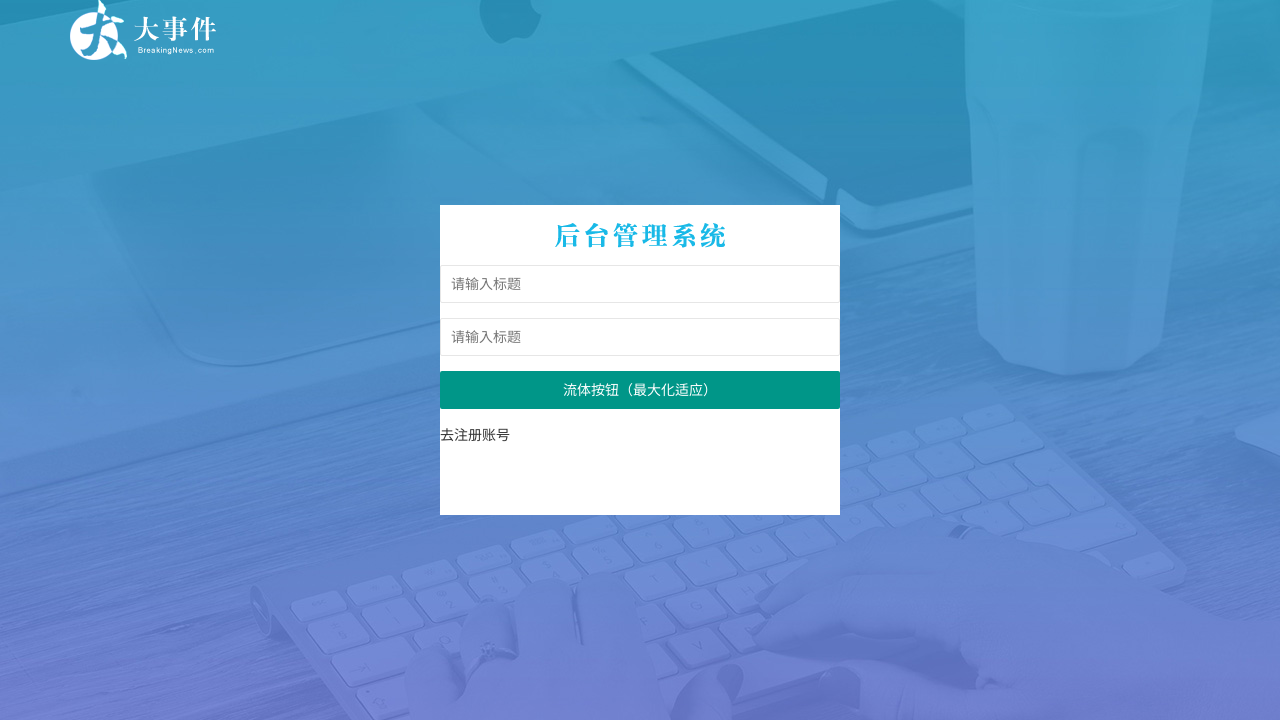
Repository: keyboying1/web_bigevent
Page: login.html
The author's editor kept a copy of each file at every save. The page is drawn from the files as they stood at one save, then again after the next save.
The browser window is 1280 px wide. The pictures show the whole page.

Above is the page before, as saved 2022-11-18 15:31:40.

After the next save:
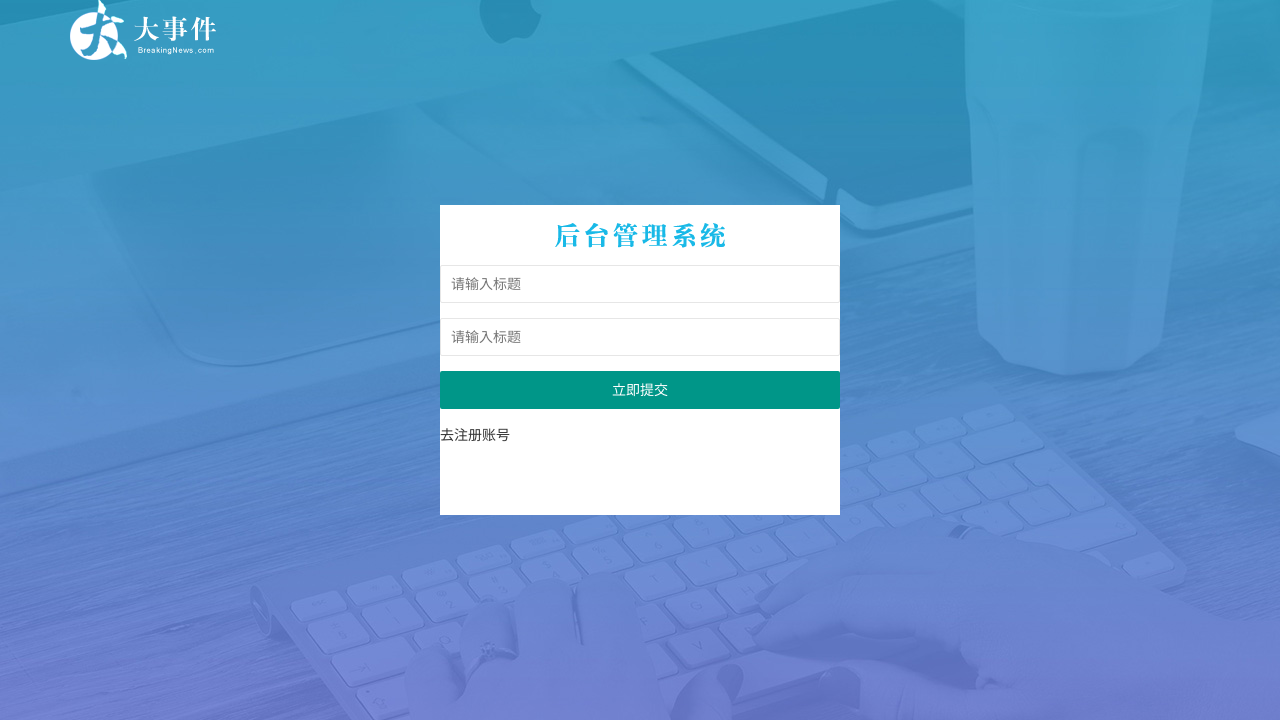
Saved 106 s later.
--- a/login.html
+++ b/login.html
@@ -33,8 +33,8 @@
                 </div>
                 <!-- 按钮 -->
                 <div class="layui-form-item">
+                    <button class="layui-btn layui-btn-fluid" lay-submit lay-filter="formDemo">立即提交</button>
 
-<button type="button" class="layui-btn layui-btn-fluid">流体按钮（最大化适应）</button>
                 </div>
             </form>
 
